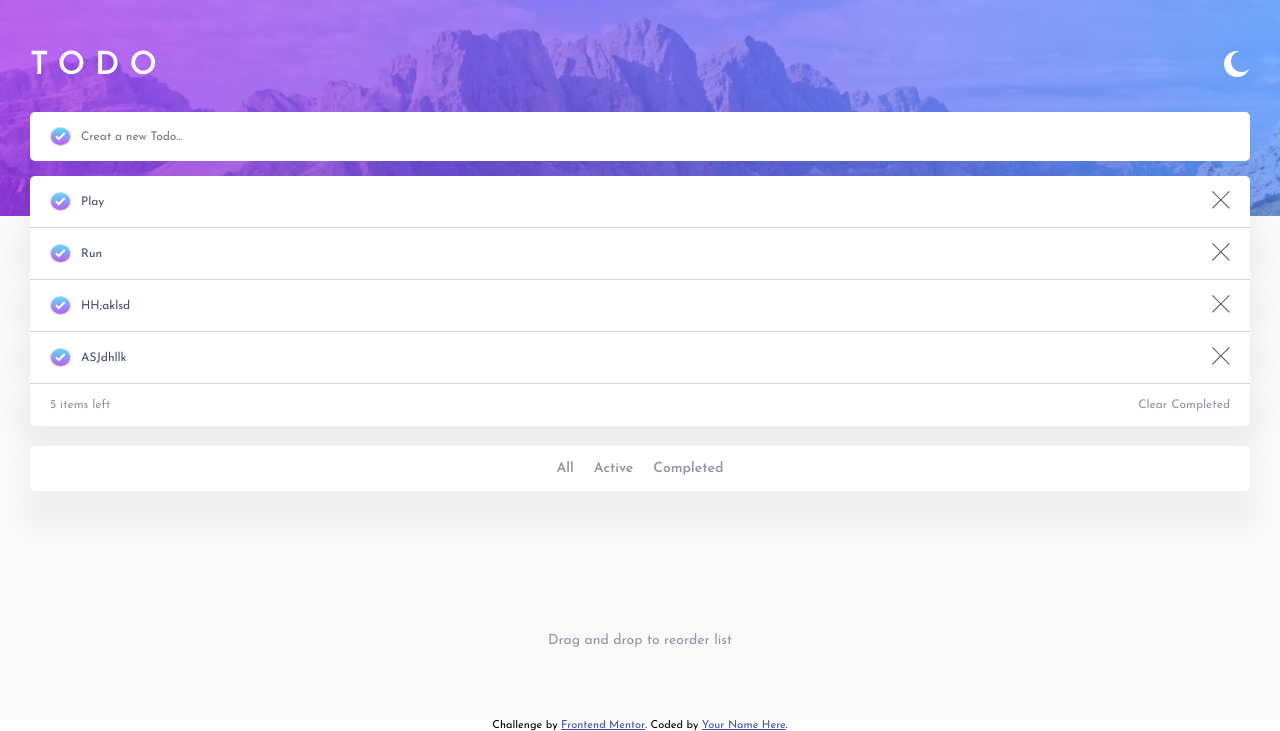
Repository: Baraajad231/Todo-app
Page: /
These files come from the project's save history. The page is drawn as it stood at one moment and after the next save; the edit follows.
The browser window is 1280 px wide. The pictures show the whole page.
The project was rebuilt for these pictures with package versions that can differ from the ones it lists, and the page was loaded fresh each time. Also part of the build but not shown: vite.config.js.

Above is the page before, as saved 2025-12-30 13:32:12.

### index.html
<!DOCTYPE html>
<html lang="en" data-theme="light">
  <head>
    <meta charset="UTF-8" />
    <meta name="viewport" content="width=device-width, initial-scale=1.0" />
    <!-- displays site properly based on user's device -->

    <link
      rel="icon"
      type="image/png"
      sizes="32x32"
      href="./images/favicon-32x32.png"
    />

    <title>Frontend Mentor | Todo app</title>

    <!-- Feel free to remove these styles or customise in your own stylesheet 👍 -->
    <style>
      .attribution {
        font-size: 11px;
        text-align: center;
      }
      .attribution a {
        color: hsl(228, 45%, 44%);
      }
    </style>

    <link rel="preconnect" href="https://fonts.googleapis.com" />
    <link rel="preconnect" href="https://fonts.gstatic.com" crossorigin />
    <link
      href="https://fonts.googleapis.com/css2?family=Josefin+Sans:ital,wght@0,100..700;1,100..700&display=swap"
      rel="stylesheet"
    />

    <link rel="stylesheet" href="./styles/style.scss" />
  </head>
  <body>
    <div class="container">
      <picture class="background-Wrapper">
        <source
          media="(min-width:465px)"
          srcset="images/bg-desktop-light.jpg"
        />
        <img
          src="images/bg-mobile-light.jpg"
          alt="bg-mobile-light"
          class="background background-light"
        />
      </picture>

      <div class="todo">
        <div class="todo__header">
          <h1 class="todo__title">TODO</h1>
          <button class="todo__theme button">
            <img src="images/icon-moon.svg" alt="moon icon" />
          </button>
        </div>
        <ul class="todo__list">
          <li class="todo__list__row todo__list__row-input">
            <button class="checkbox button">
              <img
                src="./images/icon-check.svg"
                alt="check"
                class="checkbox__icon"
              />
            </button>
            <input
              type="text"
              placeholder="Creat a new Todo..."
              class="todo__list__input"
            />
          </li>

          <li class="todo__list__row">
            <button class="checkbox button">
              <img
                src="./images/icon-check.svg"
                alt="check"
                class="checkbox__icon"
              />
            </button>
            <span class="todo__list__task">Play</span>
            <button class="remove-btn button">
              <img src="./images/icon-cross.svg" alt="" class="remove-icon" />
            </button>
          </li>
          <li class="todo__list__row">
            <button class="checkbox button">
              <img
                src="./images/icon-check.svg"
                alt="check"
                class="checkbox__icon"
              />
            </button>
            <span class="todo__list__task">Run</span>
            <button class="remove-btn button">
              <img src="./images/icon-cross.svg" alt="" class="remove-icon" />
            </button>
          </li>
          <li class="todo__list__row">
            <button class="checkbox button">
              <img
                src="./images/icon-check.svg"
                alt="check"
                class="checkbox__icon"
              />
            </button>
            <span class="todo__list__task">HH;aklsd</span>
            <button class="remove-btn button">
              <img src="./images/icon-cross.svg" alt="" class="remove-icon" />
            </button>
          </li>
          <li class="todo__list__row">
            <button class="checkbox button">
              <img
                src="./images/icon-check.svg"
                alt="check"
                class="checkbox__icon"
              />
            </button>
            <span class="todo__list__task">ASJdhllk</span>
            <button class="remove-btn button">
              <img src="./images/icon-cross.svg" alt="" class="remove-icon" />
            </button>
          </li>
          <li class="todo__list__row todo__list__row--meta">
            <div class="todo__items-left">
              <span class="todo__items-count">5</span>
              <span class="todo__items-text">items left</span>
            </div>

            <button class="todo__list-clear button">Clear Completed</button>
          </li>

          <li class="todo__list__row todo__list__row--filter">
            <button class="todo__list-all button button-filter">All</button>
            <button class="todo__list-active button button-filter">
              Active
            </button>
            <button class="todo__list-completed button button-filter">
              Completed
            </button>
          </li>
        </ul>
      </div>
    </div>
    <p class="note">Drag and drop to reorder list</p>

    <div class="attribution">
      Challenge by
      <a href="https://www.frontendmentor.io?ref=challenge" target="_blank"
        >Frontend Mentor</a
      >. Coded by <a href="#">Your Name Here</a>.
    </div>
  </body>
</html>

### styles/style.scss
/*variables*/
:root {
  /* ===== Brand / Primary ===== */
  --color-primary: hsl(220, 98%, 61%);

  --gradient-check: linear-gradient(hsl(192, 100%, 67%), hsl(280, 87%, 65%));

  /* ===== Typography ===== */
  --font-family-base: "Josefin Sans", sans-serif;
  --font-size-base: 16px;
  --font-weight-regular: 400;
  --font-weight-bold: 700;
}

:root[data-theme="light"] {
  --color-bg: hsl(0, 0%, 98%);
  --color-surface: #ffffff;

  --color-text-primary: hsl(235, 19%, 35%);
  --color-text-secondary: hsl(236, 9%, 61%);

  --color-border: hsl(233, 11%, 84%);
  --color-completed: hsl(234, 39%, 85%);
}

:root[data-theme="dark"] {
  --color-bg: hsl(235, 21%, 11%);
  --color-surface: hsl(235, 24%, 19%);

  --color-text-primary: hsl(234, 39%, 85%);
  --color-text-secondary: hsl(236, 9%, 61%);

  --color-border: hsl(237, 14%, 26%);
  --color-muted: hsl(233, 14%, 35%);
}

/* Reset */
* {
  margin: 0;
  padding: 0;
  font: inherit;
}

*,
*::after,
*::before {
  box-sizing: border-box;
}

a {
  color: inherit;
  display: inline-block;
}

button,
[type="submit"] {
  background-color: transparent;
  border: none;
  cursor: pointer;
}

ul,
ol {
  list-style: none;
}

html {
  font-size: 62.5%;
}

body {
  font-size: 1.6rem;
  font-family: var(--font-family-base);
  color: var(--color-text-primar);
}
/* End Reset */

/*container*/
.container {
  position: relative;
  height: 100vh;
  background-color: var(--color-bg);
}
.background {
  width: 100vw;
  @media (min-width: 769px) {
    height: 30%;
  }
}

.todo {
  display: flex;
  flex-direction: column;
  gap: 3rem;
  position: absolute;
  top: 0;
  width: calc(100% - 6rem);
  margin: 5rem 3rem;

  &__header {
    display: flex;
    justify-content: space-between;
    .todo__title {
      font-size: 2.4rem;
      color: white;
      letter-spacing: 1rem;
      font-weight: 600;

      @media (min-width: 769px) {
        font-size: 3.2rem;
      }
    }
  }

  &__list {
    font-size: 1.2rem;

    &__row {
      background-color: var(--color-surface);
      padding: 1.5rem 2rem;
      display: flex;
      align-items: center;
      color: var(--color-text-primary);
      box-shadow: 0 3rem 3rem 1rem rgba(0, 0, 0, 0.045);
      &--completed {
        text-decoration: line-through;
        color: var(--color-completed);
      }
      &:nth-child(2) {
        border-radius: 0.5rem 0.5rem 0 0;
      }

      & .checkbox {
        border: 1px solid var(--color-border);
        border-radius: 50%;
        background: var(--gradient-check);
        margin-right: 1rem;
        display: flex;
        align-items: center;
        justify-content: center;

        &__icon {
          padding: 0.4rem;
        }
      }

      & .todo__list__task {
        margin-right: auto;
      }
      &-input {
        margin-bottom: 1.5rem;

        & .todo__list__input {
          border: none;
          background-color: transparent;

          &:focus {
            outline: none;
            caret-color: var(--color-primary);
          }
        }
      }

      &:not(&-input, &--filter, &--meta) {
        border-bottom: 1px solid var(--color-border);
      }

      &--meta {
        display: flex;
        justify-content: space-between;

        border-radius: 0 0 0.5rem 0.5rem;
      }

      &--filter {
        display: flex;
        justify-content: center;
        gap: 2rem;
        margin-top: 2rem;
        font-size: 1.4rem;
      }
      &--filter,
      &-input {
        border-radius: 0.5rem;
      }
      &--filter,
      &--meta {
        color: var(--color-text-secondary);
      }
    }
  }
}

.note {
  position: absolute;
  bottom: 10%;
  left: 50%;
  transform: translateX(-50%);
  width: max-content;
  font-size: 1.4rem;
  color: var(--color-text-secondary);
}

.button {
  color: var(--color-text-secondary);

  &:active {
    transform: scale(0.9);
    color: var(--color-text-primary);
  }

  &-filter {
    &:focus {
      color: var(--color-primary);
    }
    font-weight: 600;
  }
}

After the next save:
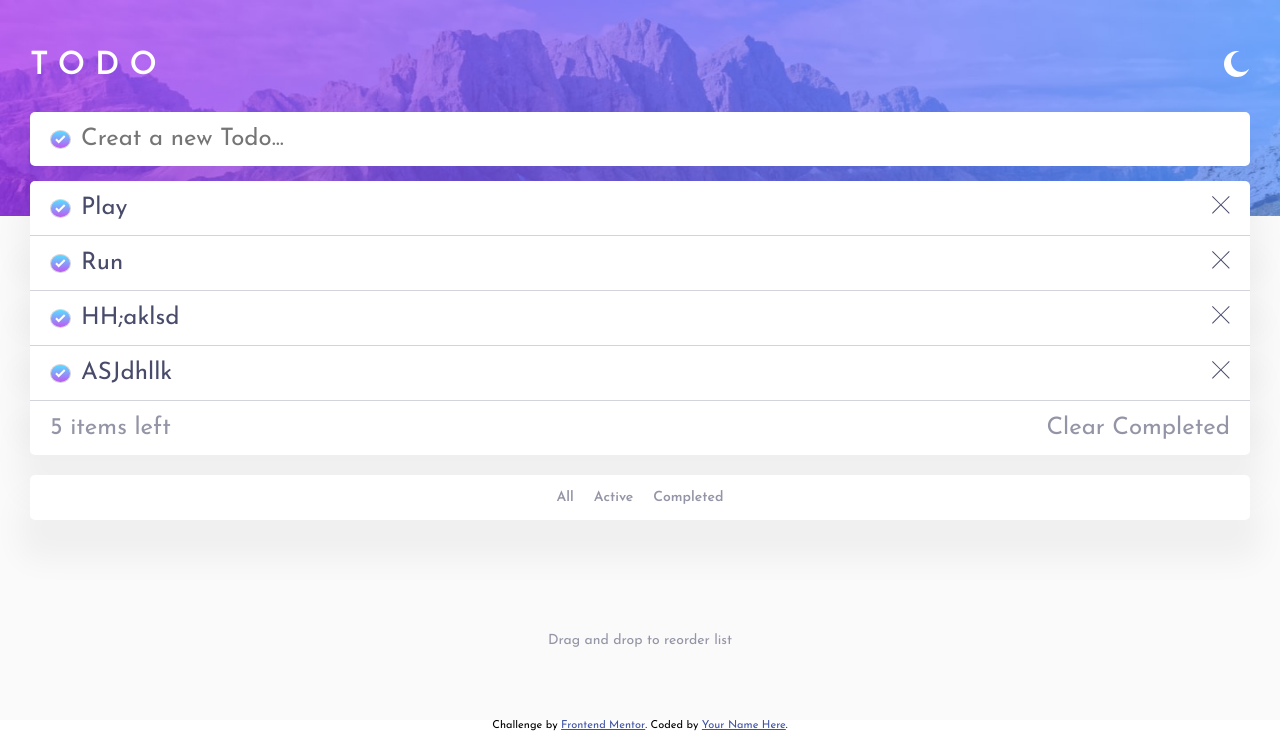
Saved 25 s later.
--- a/styles/style.scss
+++ b/styles/style.scss
@@ -114,6 +114,10 @@ body {
 
   &__list {
     font-size: 1.2rem;
+
+    @media (min-width: 769px) {
+      font-size: 2.4rem;
+    }
 
     &__row {
       background-color: var(--color-surface);
